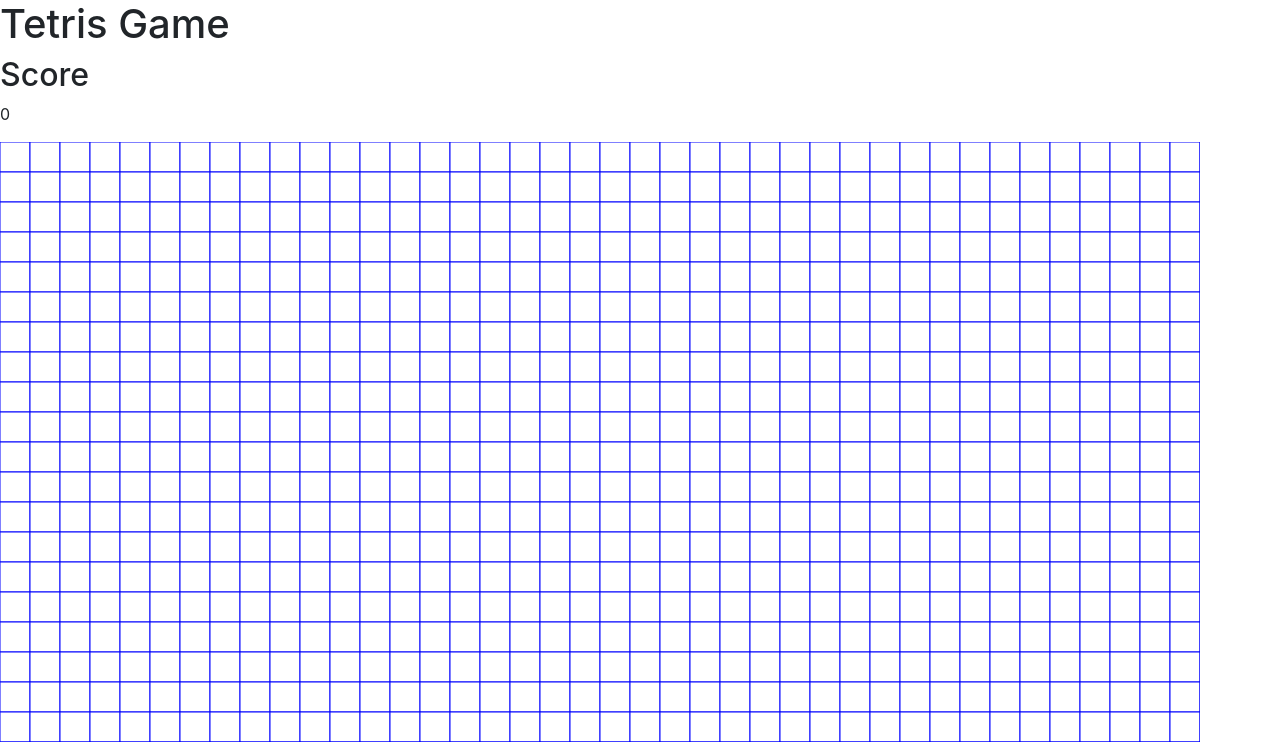
Repository: nlbien22/games
Page: Tetris/index.html
An editor plug-in stored every save of this project. The page is shown before and after the next save, followed by the edit.
The browser window is 1280 px wide. The pictures show the whole page.

Above is the page before, as saved 2024-11-14 21:54:49.

### Tetris/index.html
<!DOCTYPE html>
<html lang="en">
<head>
    <meta charset="UTF-8">
    <meta name="viewport" content="width=device-width, initial-scale=1.0">
    <title>Tetris</title>
    <!-- boóttap -->
    <link rel="stylesheet" href="https://stackpath.bootstrapcdn.com/bootstrap/4.5.2/css/bootstrap.min.css">
</head>
<body>
    <h1>Tetris Game</h1>
    <div class="score-box">
        <h2>Score</h2>
        <p id="score">0</p>
    </div>
    <div class="game">
        <canvas id="tetris" width="1200" height="600">
        </canvas>
    </div>
    <script src="script.js"></script>
</body>
</html>

### Tetris/script.js
const canvas = document.getElementById('tetris');
const context = canvas.getContext('2d');

const ROW = 60;
const COL = 100;
const SQ = 30;
const COLOR = 'WHITE';
let board = [];

function drawSquare(x, y, color) {
    context.fillStyle = color;
    context.fillRect(x * SQ, y * SQ, SQ, SQ);
    context.strokeStyle = 'BLUE';
    context.strokeRect(x * SQ, y * SQ, SQ, SQ);
}


for (let r = 0; r < ROW; r++) {
    board[r] = [];
    for (let c = 0; c < COL; c++) {
        board[r][c] = COLOR;
    }
}

function drawBoard() {
    for (let r = 0; r < ROW; r++) {
        for (let c = 0; c < COL; c++) {
            drawSquare(c, r, board[r][c]);
            // break;
        }
    }
}

drawBoard();

After the next save:
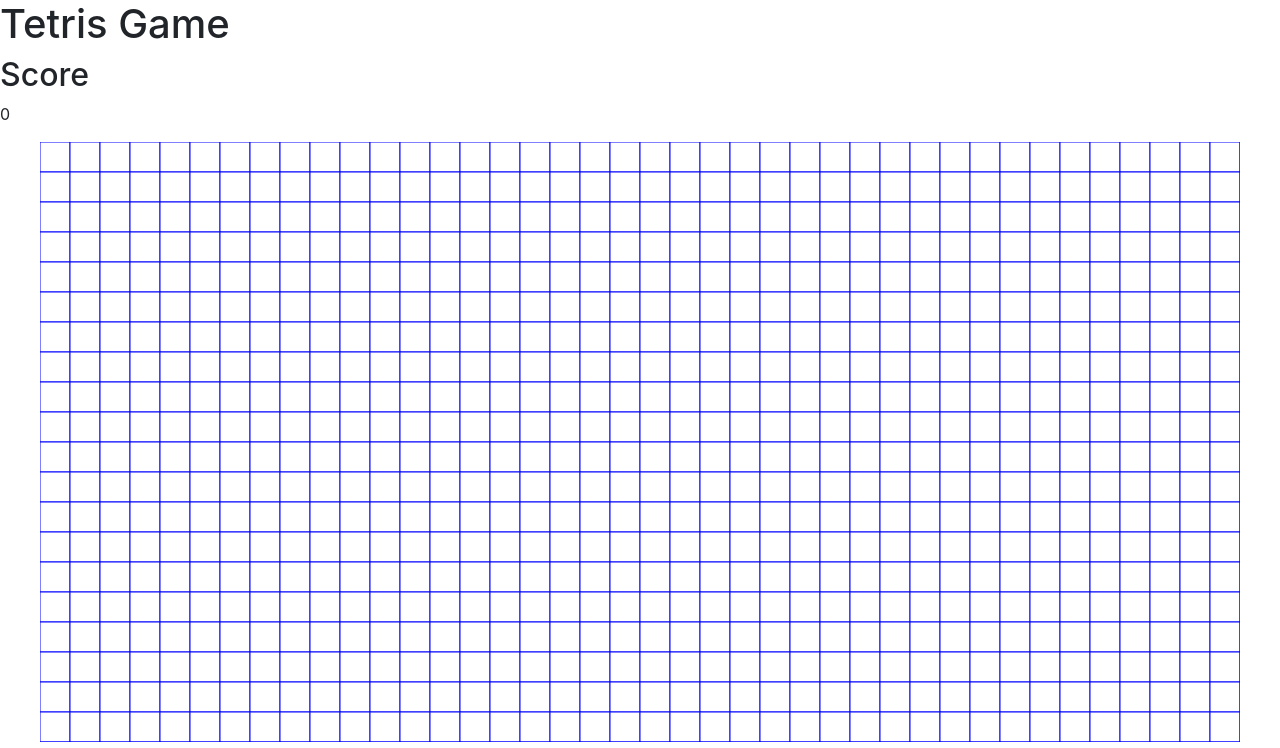
Saved 8 s later.
--- a/Tetris/index.html
+++ b/Tetris/index.html
@@ -13,7 +13,7 @@
         <h2>Score</h2>
         <p id="score">0</p>
     </div>
-    <div class="game">
+    <div class="game text-center">
         <canvas id="tetris" width="1200" height="600">
         </canvas>
     </div>
